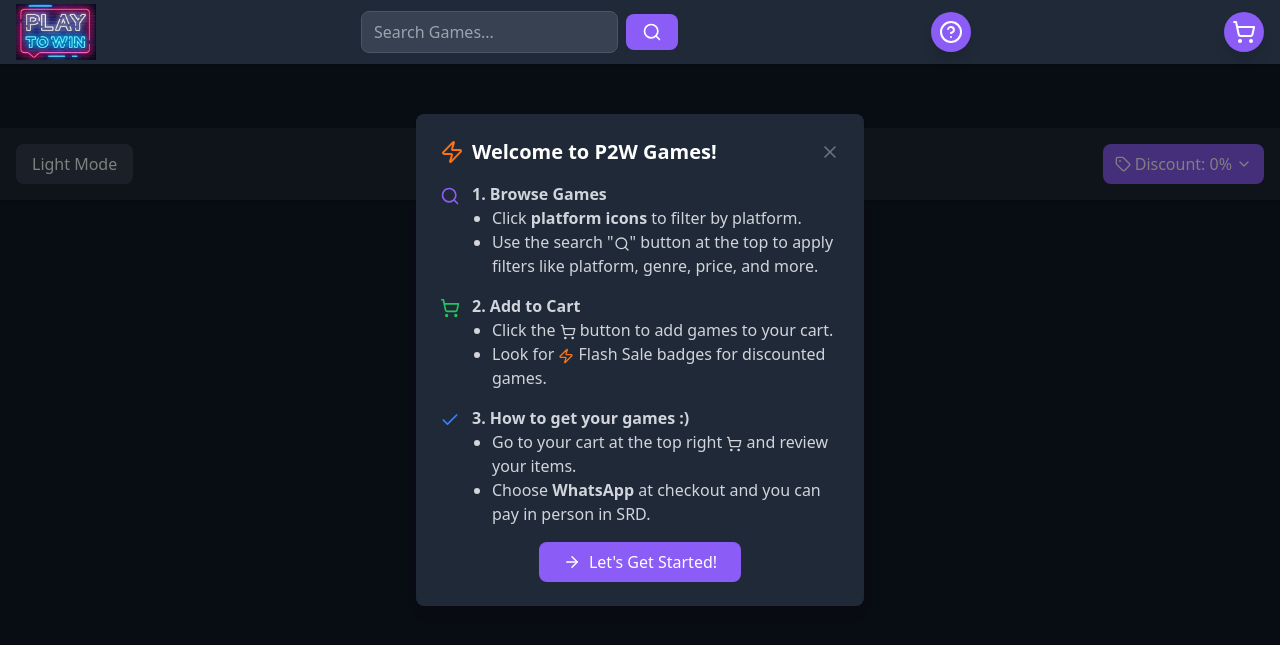
Repository: Play2Win777/P2W-Superbase
Page: /
These files come from the project's save history. The page is drawn as it stood at one moment and after the next save; the edit follows.
The browser window is 1280 px wide. The pictures show the whole page.
The page's requests for data from a server got no answer. The project was rebuilt for these pictures with package versions that can differ from the ones it lists, and the page was loaded fresh each time. No one was signed in, and anything a server would have sent is missing. Also part of the build but not shown: vite.config.ts, src/components/Filters.tsx, src/components/GameCard.tsx, src/components/FlashSaleBadge.tsx, src/pages/GameDetails.tsx, src/pages/Checkout.tsx, src/pages/FlashSalePage.tsx, src/components/Toast.tsx.

Above is the page before, as saved 2025-03-18 06:02:38.

### index.html
<!doctype html>
<html lang="en">
  <head>
    <meta charset="UTF-8" />
    <link rel="icon" type="image/svg+xml" href="/vite.svg" />
    <meta name="viewport" content="width=device-width, initial-scale=1.0" />
    <title>P2W Games</title>
  </head>
  <body>
    <div id="root"></div>
    <script type="module" src="/src/main.tsx"></script>
  </body>
</html>

### src/main.tsx
import { StrictMode } from 'react';
import { createRoot } from 'react-dom/client';
import App from './App.tsx';
import './index.css';

// Add Storylane script dynamically
//const script = document.createElement('script');
//script.src = 'https://js.storylane.io/js/v2/storylane.js';
//script.async = true;
//document.head.appendChild(script);

createRoot(document.getElementById('root')!).render(
  <StrictMode>
    <App />
  </StrictMode>
);

### src/App.tsx
// App.tsx (Updated Tooltip Positioning)
import React, { useEffect, useState } from 'react';
import { BrowserRouter as Router, Routes, Route, useNavigate, useLocation } from 'react-router-dom';
import { Search, Zap, X, ShoppingCart, Filter, ArrowRight, Check, HelpCircle } from 'lucide-react'; // Added HelpCircle icon
import { fetchGames } from './api';
import { useStore } from './store';
import { Filters } from './components/Filters';
import { GameCard } from './components/GameCard';
import { Cart } from './components/Cart';
import { GameDetails } from './pages/GameDetails';
import { Checkout } from './pages/Checkout';
import { FlashSalePage } from './pages/FlashSalePage';
import { DiscountPopup } from './components/DiscountPopup';
import { ThemeContext } from './context/ThemeContext';
import { Toast } from './components/Toast';

// IntroModal Component
const IntroModal = ({ isOpen, onClose }) => {
  if (!isOpen) return null;

  return (
    <div className="fixed inset-0 bg-black/50 flex items-center justify-center p-4 z-50">
      <div className="bg-white dark:bg-gray-800 p-6 rounded-lg max-w-md shadow-lg">
        {/* Modal Header */}
        <div className="flex justify-between items-center mb-4">
          <h2 className="text-xl font-bold dark:text-white flex items-center gap-2">
            <Zap size={24} className="text-orange-500" />
            Welcome to P2W Games!
          </h2>
          <button
            onClick={onClose}
            className="text-gray-500 hover:text-gray-700 dark:hover:text-gray-300"
          >
            <X size={20} />
          </button>
        </div>

        {/* Modal Body */}
        <div className="text-gray-700 dark:text-gray-300 space-y-4">
          {/* Step 1: Browse Games */}
          <div className="flex items-start gap-3">
            <Search size={20} className="flex-shrink-0 mt-1 text-purple-500" />
            <div>
              <p className="font-semibold">1. Browse Games</p>
              <ul className="list-disc pl-5">
                <li>Click <strong>platform icons</strong> to filter by platform.</li>
                <li>Use the search "<Search size={16} className="inline" />" button at the top to apply filters like platform, genre, price, and more.</li>
              </ul>
            </div>
          </div>

          {/* Step 2: Add to Cart */}
          <div className="flex items-start gap-3">
            <ShoppingCart size={20} className="flex-shrink-0 mt-1 text-green-500" />
            <div>
              <p className="font-semibold">2. Add to Cart</p>
              <ul className="list-disc pl-5">
                <li>Click the <ShoppingCart size={16} className="inline" /> button to add games to your cart.</li>
                <li>Look for <Zap size={16} className="inline text-orange-500" /> Flash Sale badges for discounted games.</li>
              </ul>
            </div>
          </div>

          {/* Step 3: Checkout */}
          <div className="flex items-start gap-3">
            <Check size={20} className="flex-shrink-0 mt-1 text-blue-500" />
            <div>
              <p className="font-semibold">3. How to get your games :)</p>
              <ul className="list-disc pl-5">
                <li>Go to your cart at the top right <ShoppingCart size={16} className="inline" /> and review your items.</li>
                <li>Choose <strong>WhatsApp</strong> at checkout and you can pay in person in SRD.</li>
              </ul>
            </div>
          </div>

          {/* Call to Action */}
          <div className="mt-4 flex justify-center">
            <button
              onClick={onClose}
              className="bg-purple-500 text-white px-6 py-2 rounded-lg hover:bg-purple-600 transition-colors flex items-center gap-2"
            >
              <ArrowRight size={18} />
              Let's Get Started!
            </button>
          </div>
        </div>
      </div>
    </div>
  );
};

// SEARCH BAR COMPONENT
const SearchBar = () => {
  const {
    games,
    searchGames,
    setFilteredGames,
    setCurrentPage
  } = useStore();
  const [searchTerm, setSearchTerm] = useState('');
  const navigate = useNavigate();
  const location = useLocation();

  const handleSearch = (e) => {
    const term = e.target.value;
    setSearchTerm(term);

    if (searchGames) {
      searchGames(term);
    } else {
      if (!term.trim()) {
        setFilteredGames(games);
      } else {
        const results = games.filter(game =>
          game.Game_Title.toLowerCase().includes(term.toLowerCase())
        );
        setFilteredGames(results);
      }
    }

    // Reset to first page when searching
    setCurrentPage(1);

    // If user is not on the home page and they've typed at least 2 characters, navigate to home
    if (location.pathname !== '/' && term.length >= 2) {
      navigate('/');
    }
  };

  return (
    <input
      type="text"
      placeholder="Search Games..."
      value={searchTerm}
      onChange={handleSearch}
      className="w-full px-3 py-2 border rounded-lg text-gray-900 dark:bg-gray-700 dark:text-white dark:border-gray-600"
    />
  );
};

// FOOTER COMPONENT
const Footer = ({ toggleDarkMode, darkMode }) => {
  return (
    <footer className="bg-white dark:bg-gray-800 shadow-md mt-8 py-4 overflow-visible">
      <div className="container mx-auto px-4 flex items-center justify-between">
        {/* Dark Mode Toggle on the left */}
        <button
          onClick={toggleDarkMode}
          className="bg-gray-200 dark:bg-gray-700 text-gray-900 dark:text-white px-4 py-2 rounded-lg whitespace-nowrap"
        >
          {darkMode ? (
            <span>Light Mode</span>
          ) : (
            <span>Dark Mode</span>
          )}
        </button>

        {/* Add DiscountPopup button to the footer */}
        <div className="ml-4">
          <DiscountPopup />
        </div>
      </div>
    </footer>
  );
};

function App() {
  const {
    games,
    filteredGames,
    currentPage,
    setGames,
    setFilteredGames,
    setCurrentPage,
    showFilters,
    setShowFilters,
    filters,
    toastMessage,
    toastDiscountInfo,
  } = useStore();

  const [darkMode, setDarkMode] = useState(true);
  const [isScrolling, setIsScrolling] = useState(false);
  const [showIntroModal, setShowIntroModal] = useState(false);

  // Show intro modal on first visit
  useEffect(() => {
    const hasSeenIntro = localStorage.getItem('hasSeenIntro');
    if (!hasSeenIntro) {
      setShowIntroModal(true);
      localStorage.setItem('hasSeenIntro', 'true');
    }
  }, []);

  useEffect(() => {
    const loadGames = async () => {
      const fetchedGames = await fetchGames();
      const randomizedGames = [...fetchedGames].sort(() => Math.random() - 0.5);
      setGames(randomizedGames);
      setFilteredGames(randomizedGames);
    };

    loadGames();
  }, [setGames, setFilteredGames]);

  useEffect(() => {
    if (darkMode) {
      document.documentElement.classList.add('dark');
    } else {
      document.documentElement.classList.remove('dark');
    }
  }, [darkMode]);

  const toggleDarkMode = () => {
    setDarkMode((prev) => !prev);
  };

  const toggleFilters = () => {
    setShowFilters(!showFilters);
    if (!showFilters) {
      setIsScrolling(false);
      window.scrollTo({ top: 0, behavior: 'smooth' });
      setTimeout(() => {
        setIsScrolling(true);
      }, 1000);
    }
  };

  const gamesPerPage = 12;
  const paginatedGames = filteredGames.slice(0, currentPage * gamesPerPage);
  const hasMore = paginatedGames.length < filteredGames.length;

  const themeValue = {
    darkMode,
    toggleDarkMode: () => setDarkMode(prev => !prev)
  };

  return (
    <ThemeContext.Provider value={themeValue}>
      <Router>
        <div className={`min-h-screen ${darkMode ? 'bg-gray-900' : 'bg-gray-50'}`}>
          {/* Intro Modal */}
          <IntroModal
            isOpen={showIntroModal}
            onClose={() => setShowIntroModal(false)}
          />

          {/* Toast */}
          {toastMessage && (
            <Toast
              message={toastMessage}
              discountInfo={toastDiscountInfo || undefined}
            />
          )}

          <header className="bg-white dark:bg-gray-800 shadow-sm sticky top-0 z-50">
            <div className="container mx-auto px-4 py-1">
              <div className="flex justify-between items-center">
                <div className="flex items-center gap-2">
                  <h1
                    onClick={() => window.location.href = '/'}
                    className="text-2xl font-bold text-gray-900 dark:text-white whitespace-nowrap cursor-pointer flex items-center"
                  >
                    <img src="/assets/icons/p2wlogo.png" alt="Play 2 Win" className="h-14 mr-3" />
                  </h1>
                </div>

                <div className="flex items-center w-1/2 md:w-auto">
                  <div className="mr-2 flex-grow">
                    <SearchBar />
                  </div>
                  <button
                    onClick={toggleFilters}
                    className="bg-purple-500 hover:bg-purple-600 text-white font-bold py-2 px-4 rounded-lg flex items-center"
                  >
                    <Search className="h-5 w-5" />
                  </button>
                </div>

                <button
                  onClick={() => setShowIntroModal(true)}
                  className="p-2 bg-purple-500 text-white rounded-full hover:bg-purple-600 transition-colors shadow-lg relative group"
                >
                  <HelpCircle size={24} />
                  <div className="absolute top-full left-1/2 transform -translate-x-1/2 mt-2 px-2 py-1 bg-gray-800 text-white text-sm rounded opacity-0 group-hover:opacity-100 transition-opacity whitespace-nowrap z-50">
                    How it works
                  </div>
                </button>

                <Cart className="hidden md:block" />
              </div>
            </div>
          </header>

          <Routes>
            <Route
              path="/"
              element={
                <main className="container mx-auto px-4 py-4">
                  {showFilters && (
                    <div className="mb-6">
                      <Filters />
                    </div>
                  )}

                  <div className="grid grid-cols-1 sm:grid-cols-2 lg:grid-cols-2 xl:grid-cols-3 gap-6 mt-0">
                    {paginatedGames.map((game) => (
                      <GameCard key={game.id} game={game} />
                    ))}
                  </div>
                  {hasMore && (
                    <div className="mt-8 text-center">
                      <button
                        onClick={() => setCurrentPage(currentPage + 1)}
                        className="bg-purple-500 text-white px-6 py-2 rounded-lg hover:bg-purple-600 transition-colors"
                      >
                        Load More Games
                      </button>
                    </div>
                  )}
                </main>
              }
            />
            <Route path="/game/:id" element={<GameDetails />} />
            <Route path="/checkout" element={<Checkout />} />
            <Route path="/flash-sale" element={<FlashSalePage />} />
          </Routes>

          <Footer toggleDarkMode={themeValue.toggleDarkMode} darkMode={darkMode} />
        </div>
      </Router>
    </ThemeContext.Provider>
  );
}

export default App;

### src/index.css
@tailwind base;
@tailwind components;
@tailwind utilities;


@layer components {
 /* Base neon border effect with a rotating conic-gradient */
 .neon-border {
 position: relative;
 border-radius: 0.5rem; /* adjust to match your element's rounding */
 overflow: hidden; /* hide overflowing pseudo-element */
 z-index: 0;
 }

 .neon-border::before {
 content: "";
 position: absolute;
 inset: 0; /* cover the entire element */
 border-radius: inherit;
 padding: 2px; /* controls the border thickness */
 /* Conic-gradient creates a neon green effect with transparent gaps */
 background: conic-gradient(from 0deg, #39FF14, transparent 20%, transparent 80%, #39FF14);
 /* Mask to show the gradient only on the border (uses the padding area) */
 -webkit-mask: linear-gradient(white, white) content-box, linear-gradient(white, white);
 -webkit-mask-composite: destination-out;
 mask-composite: exclude;
 pointer-events: none;
 z-index: -1;
 transform-origin: center;
 animation: spin 6s linear infinite;
 }

 /* Additional neon effects – add these classes together with .neon-border as needed */

 /* Neon Pulse: gently scales and fades the element */
 .neon-pulse {
 position: relative;
 animation: pulse 2s ease-in-out infinite;
 }

 /* Neon Flicker: simulates a quick flicker */
 .neon-flicker {
 position: relative;
 animation: flicker 1.5s linear infinite;
 }

 /* Neon Wiggle: adds a slight rotational movement */
 .neon-wiggle {
 position: relative;
 animation: wiggle 0.6s ease-in-out infinite;
 }

 /* Neon Dash: animates background movement (can be combined with a background property) */
 .neon-dash {
 position: relative;
 /* For this effect, you might want to set a background that works with the animation */
 background: repeating-linear-gradient(
 45deg,
 #39FF14,
 #39FF14 10px,
 transparent 10px,
 transparent 20px
 );
 animation: dash 4s linear infinite;
 }


 /* Icon Container Style */
 .gamecard-icon-container {
 width: 5em; /* Adjust as needed */
 height: 2em; /* Adjust as needed */
 display: flex;
 align-items: center;
 justify-content: center;
 }
}


/* Keyframes Definitions */


/* Spin keyframe for the neon-border effect */
@keyframes spin {
 from {
 transform: rotate(0deg);
 }
 to {
 transform: rotate(360deg);
 }
}


/* Pulse keyframe: subtle scale and opacity changes */
@keyframes pulse {
 0%,
 20% {
 transform: scale(1);
 opacity: 1;
 }
 50% {
 transform: scale(1.1);
 opacity: 0.8;
 }
 100% {
 transform: scale(1);
 opacity: 1;
 }
}


/* Flicker keyframe: creates random opacity changes for a flickering effect */
@keyframes flicker {
 0%,
 100% {
 opacity: 1;
 }
 30% {
 opacity: 0.5;
 }
 50% {
 opacity: 0.8;
 }
 70% {
 opacity: 0.3;
 }
}


/* Wiggle keyframe: rotates the element slightly back and forth */
@keyframes wiggle {
 0% {
 transform: rotate(0deg);
 }
 25% {
 transform: rotate(5deg);
 }
 75% {
 transform: rotate(-5deg);
 }
 100% {
 transform: rotate(0deg);
 }
}


/* Dash keyframe: moves the background for a dynamic dashed look */
@keyframes dash {
 0% {
 background-position: 0 0;
 }
 100% {
 background-position: 100% 0;
 }
}

### src/api.ts
import { createClient } from '@supabase/supabase-js';
import { Game } from './types';

const supabase = createClient(
  import.meta.env.VITE_SUPABASE_URL,
  import.meta.env.VITE_SUPABASE_KEY
);

export const fetchGames = async (): Promise<Game[]> => {
  const { data, error } = await supabase
    .from('Games')
    .select(`
      id,
      Game_Title,
      Platform,
      Genre,
      Sub_Genre,
      Age_Rating,
      Max_Offline_Players,
      Game_Modes,
      Developer,
      Release_Year,
      Price_to_Sell_For,
      Metacritic_Score,
      User_Score,
      Short_Description,
      Key_Features,
      Unique_Selling_Point,
      image_url_medium,
      Youtube_link
    `);

  if (error) {
    console.error('Supabase error:', error);
    return [];
  }

  return data as Game[];
};

### src/components/DiscountPopup.tsx
import React, { useState, useRef, useEffect } from 'react';
import { Tag, ChevronDown } from 'lucide-react';
import { useStore } from '../store';

export const DiscountPopup: React.FC = () => {
  const { cart } = useStore();
  const [isOpen, setIsOpen] = useState(false);
  const popupRef = useRef<HTMLDivElement>(null);

  // Count total items including quantities
  const itemCount = cart.reduce((total, item) => total + item.quantity, 0);
  let discountTier = "0%";
  let nextTier = "";
  let progress = 0;

  if (itemCount >= 5) {
    discountTier = "20%";
    progress = 100;
    nextTier = "Maximum discount achieved!";
  } else if (itemCount >= 3) {
    discountTier = "10%";
    nextTier = "Buy 2 more for 20% off!";
    progress = 60;
  } else if (itemCount >= 2) {
    discountTier = "5%";
    nextTier = "Buy 1 more for 10% off!";
    progress = 40;
  } else if (itemCount >= 1) {
    discountTier = "0%";
    nextTier = "Buy 1 more for 5% off!";
    progress = 20;
  } else {
    nextTier = "Buy your first game!";
  }

  // Close the popup when clicking outside
  useEffect(() => {
    const handleClickOutside = (event: MouseEvent) => {
      if (popupRef.current && !popupRef.current.contains(event.target as Node)) {
        setIsOpen(false);
      }
    };

    document.addEventListener('mousedown', handleClickOutside);
    return () => {
      document.removeEventListener('mousedown', handleClickOutside);
    };
  }, []);

  return (
    <div className="relative" ref={popupRef}>
      <button
        onClick={() => setIsOpen(!isOpen)}
        className="inline-flex items-center text-white bg-purple-500 hover:bg-purple-600 px-3 py-2 rounded-lg transition-colors"
      >
        <Tag size={16} className="mr-1" />
        <span className="mr-1">Discount: {discountTier}</span>
        <ChevronDown size={16} className={`transition-transform ${isOpen ? 'rotate-180' : ''}`} />
      </button>

      {isOpen && (
        <div className="absolute bottom-full right-0 mb-2 z-50 bg-white dark:bg-gray-800 rounded-lg shadow-lg p-4 w-64">
          <h3 className="text-lg font-bold text-gray-900 dark:text-white mb-2">Volume Discount</h3>
          <div className="w-full bg-gray-200 dark:bg-gray-700 rounded-full h-2.5 mb-2">
            <div className="bg-purple-500 h-2.5 rounded-full" style={{ width: `${progress}%` }}></div>
          </div>
          <p className="text-sm text-gray-700 dark:text-gray-300">{nextTier}</p>
          <div className="mt-3 text-xs text-gray-600 dark:text-gray-400">
            <p>• 2 games: 5% off</p>
            <p>• 3 games: 10% off</p>
            <p>• 5+ games: 20% off</p>
          </div>
        </div>
      )}
    </div>
  );
};

### src/context/ThemeContext.tsx

 // src/context/ThemeContext.tsx
 import { createContext, useContext } from 'react';


 type ThemeContextType = {
  darkMode: boolean;
  toggleDarkMode: () => void;
 };


 export const ThemeContext = createContext<ThemeContextType>({
  darkMode: false,
  toggleDarkMode: () => {},
 });


 export const useTheme = () => useContext(ThemeContext);

### src/utils/gameHelpers.ts
// utils/gameHelpers.ts
export const isFlashSaleEligible = (game: any): boolean => {
  if (!game) return false;

  // Games with Metacritic score > 85 are eligible for flash sale
  // You can customize this logic based on your requirements
  return game.Metacritic_Score && parseInt(game.Metacritic_Score) < 70;
};

Loaded but not shown: tailwind.config.js (25 lines, source omitted); src/components/Cart.tsx (247 lines, source omitted); src/store.ts (234 lines, source omitted)

After the next save:
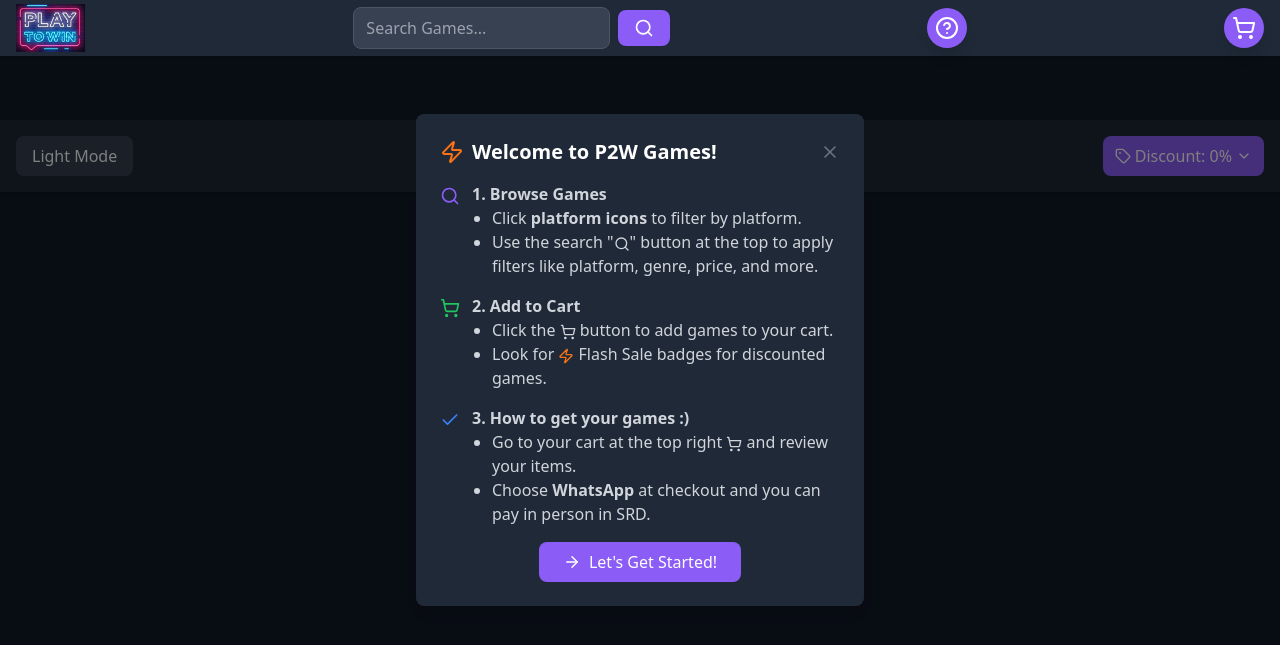
Saved 37 s later.
--- a/src/App.tsx
+++ b/src/App.tsx
@@ -261,7 +261,7 @@ function App() {
                     onClick={() => window.location.href = '/'}
                     className="text-2xl font-bold text-gray-900 dark:text-white whitespace-nowrap cursor-pointer flex items-center"
                   >
-                    <img src="/assets/icons/p2wlogo.png" alt="Play 2 Win" className="h-14 mr-3" />
+                    <img src="/assets/icons/p2wlogo.png" alt="Play 2 Win" className="h-12 mr-3" />
                   </h1>
                 </div>
 
